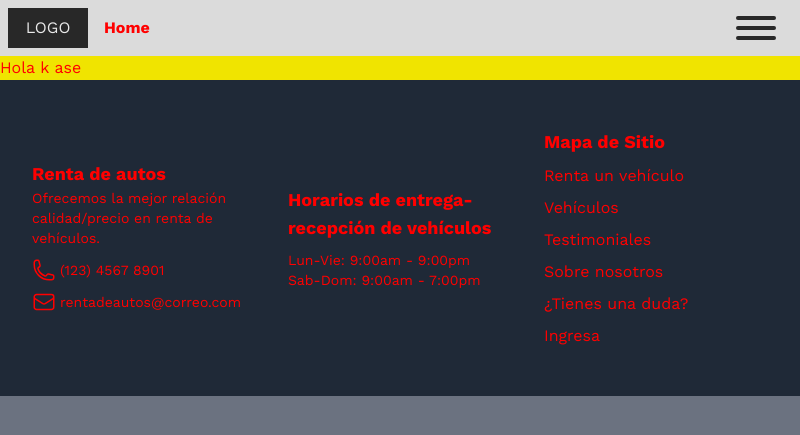
Repository: aldovelacasas/PF_RentCar2
Page: /
An editor plug-in stored every save of this project. The page is shown before and after the next save, followed by the edit.
The browser window is 800 px wide. The pictures show the whole page.
The project was rebuilt for these pictures with package versions that can differ from the ones it lists, and the page was loaded fresh each time. The framework's server and built-in components were replaced by stand-ins that run in the browser. Also part of the build but not shown: next.config.js.

Above is the page before, as saved 2023-08-30 09:48:38.

After the next save:
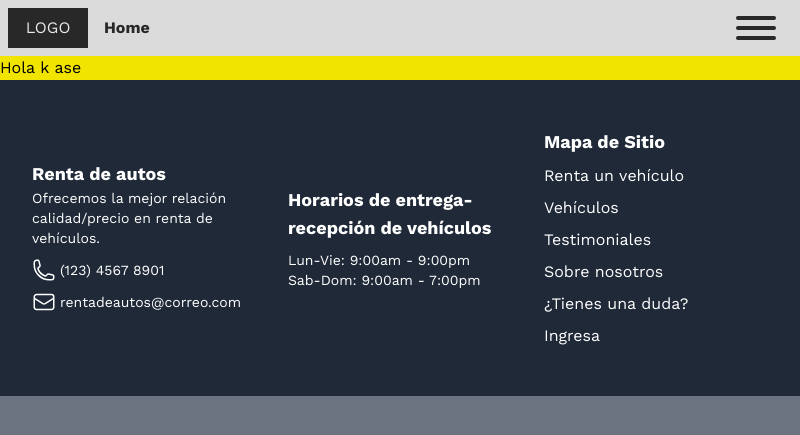
Saved 52 s later.
--- a/src/components/NavBar/nav.css
+++ b/src/components/NavBar/nav.css
@@ -102,8 +102,8 @@ nav {
   display: none;
 }
 
-@media (min-width: 50em) {
-  *{color:red}
+@media (max-width: 50em) {
+
   nav{
     padding:1%;
   }
